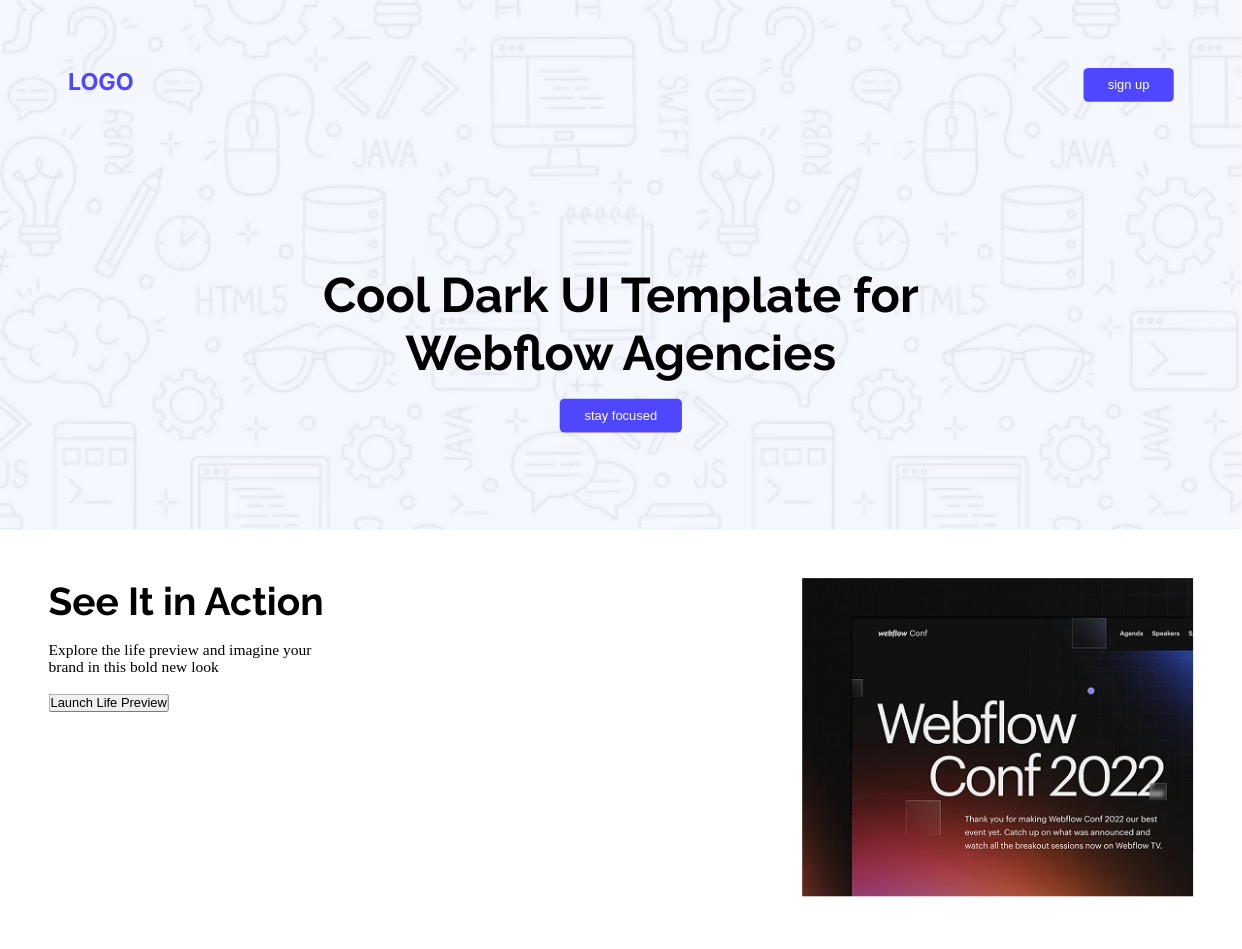
Repository: dollyrakhe22/landing-launchpad
Page: index.html
An editor plug-in stored every save of this project. The page is shown before and after the next save, followed by the edit.
The browser window is 1280 px wide. The pictures show the whole page, at 97% of full size.

Above is the page before, as saved 2025-07-11 00:09:05.

### index.html
<!DOCTYPE html>
<html lang="en">
<head>
    <meta charset="UTF-8">
    <meta name="viewport" content="width=device-width, initial-scale=1.0">
    <title>Landing Launchpad</title>
    <link rel="preconnect" href="https://fonts.googleapis.com">
    <link rel="preconnect" href="https://fonts.googleapis.com">
<link rel="preconnect" href="https://fonts.gstatic.com" crossorigin>
<link href="https://fonts.googleapis.com/css2?family=Inter:ital,opsz,wght@0,14..32,100..900;1,14..32,100..900&family=Open+Sans:ital,wght@0,300..800;1,300..800&family=Raleway:ital,wght@0,100..900;1,100..900&display=swap" rel="stylesheet">
    <link rel="stylesheet" href="style.css">
   </head>
   <body>
    <header>

        <nav>
         <h2 class="inter-normal">LOGO</h2>
            <a href="#"><button>sign up</button></a>
        </nav>
        <div class="banner-section">
             <h1 class="raleway-normal" >Cool Dark UI Template for <br>Webflow Agencies</h1><br>
            <a href=""><button class="button-container">stay focused</button></a>
        </div>
    </header>
    <main>
           <!--action-container--->
           <div class="section-1">
            <div >
                <h3 class="raleway-normal">See It in Action</h3><br>
                <p class="">Explore the life preview and imagine your<br>brand in this bold new look</p><br>
                 <a href=""><button class="">Launch Life Preview</button></a>
                 </div>
                <div >
                     <img src="Assets/wc-mini.png" alt="" srcset="">
                </div>
            </div>

    </main>
    <footer>

    </footer>
</body>
</html>

### style.css
*{
    padding: 0;
    margin: 0;
}


.inter-normal {
  font-family: "Inter", sans-serif;
  font-optical-sizing: auto;
  font-style: normal;
}
header{
    background-image: url("Assets/Hero-bg.png");


}
/*nav style*/
h2{
    color:#4E47FF;
   font-weight:bolder;


}
nav{
    display: flex;
    justify-content: space-between;
    padding: 70px;
}
nav button{
    text-decoration: none;
    padding: 10px 25px;
    background-color:#4E47FF ;
    color:white;
    border-radius: 5px;
    border: none;


}

.raleway-normal{
  font-family: "Raleway", sans-serif;
  font-optical-sizing: auto;
  font-style: normal;
}
.banner-section{
    text-align: center;
    padding: 100px;
}
.banner-section h1{
    font-weight: bolder;
    font-size: 50px;
}
.button-container{
     padding: 10px 26px;
    background-color:#4E47FF ;
    color:white;
    border-radius: 5px;
    border: none;

}
/*action-container*/
.section-1{
    display: flex;
    justify-content: space-between;
    padding: 50px;
}
.section-1 h3{
    font-size: 40px;
}

After the next save:
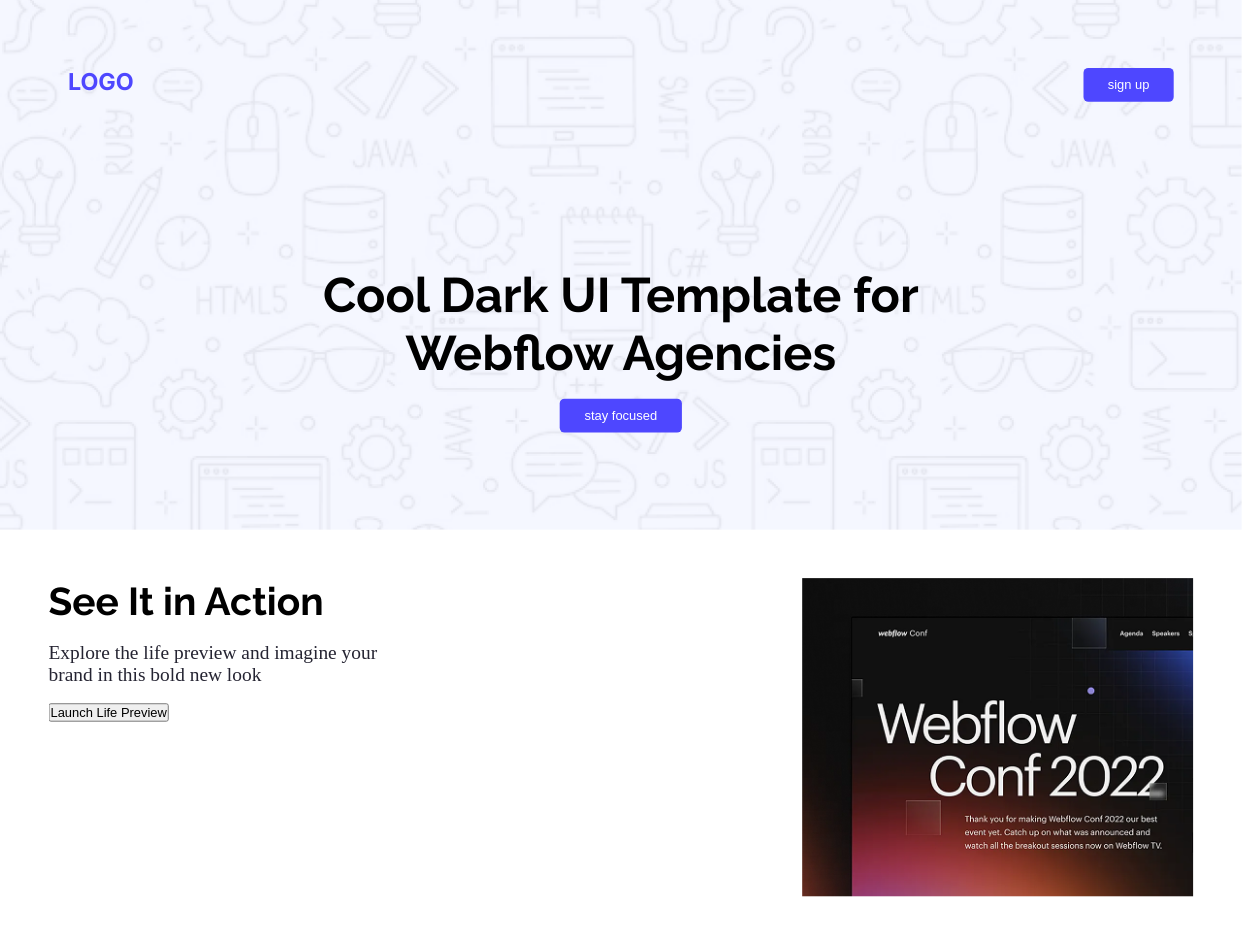
Saved 108 s later.
--- a/index.html
+++ b/index.html
@@ -27,7 +27,7 @@
            <div class="section-1">
             <div >
                 <h3 class="raleway-normal">See It in Action</h3><br>
-                <p class="">Explore the life preview and imagine your<br>brand in this bold new look</p><br>
+                <p class="dummy-text">Explore the life preview and imagine your<br>brand in this bold new look</p><br>
                  <a href=""><button class="">Launch Life Preview</button></a>
                  </div>
                 <div >
--- a/style.css
+++ b/style.css
@@ -67,3 +67,7 @@
 .section-1 h3{
     font-size: 40px;
 }
+.dummy-text{
+    color:#252432;
+    font-size:20px;
+}
